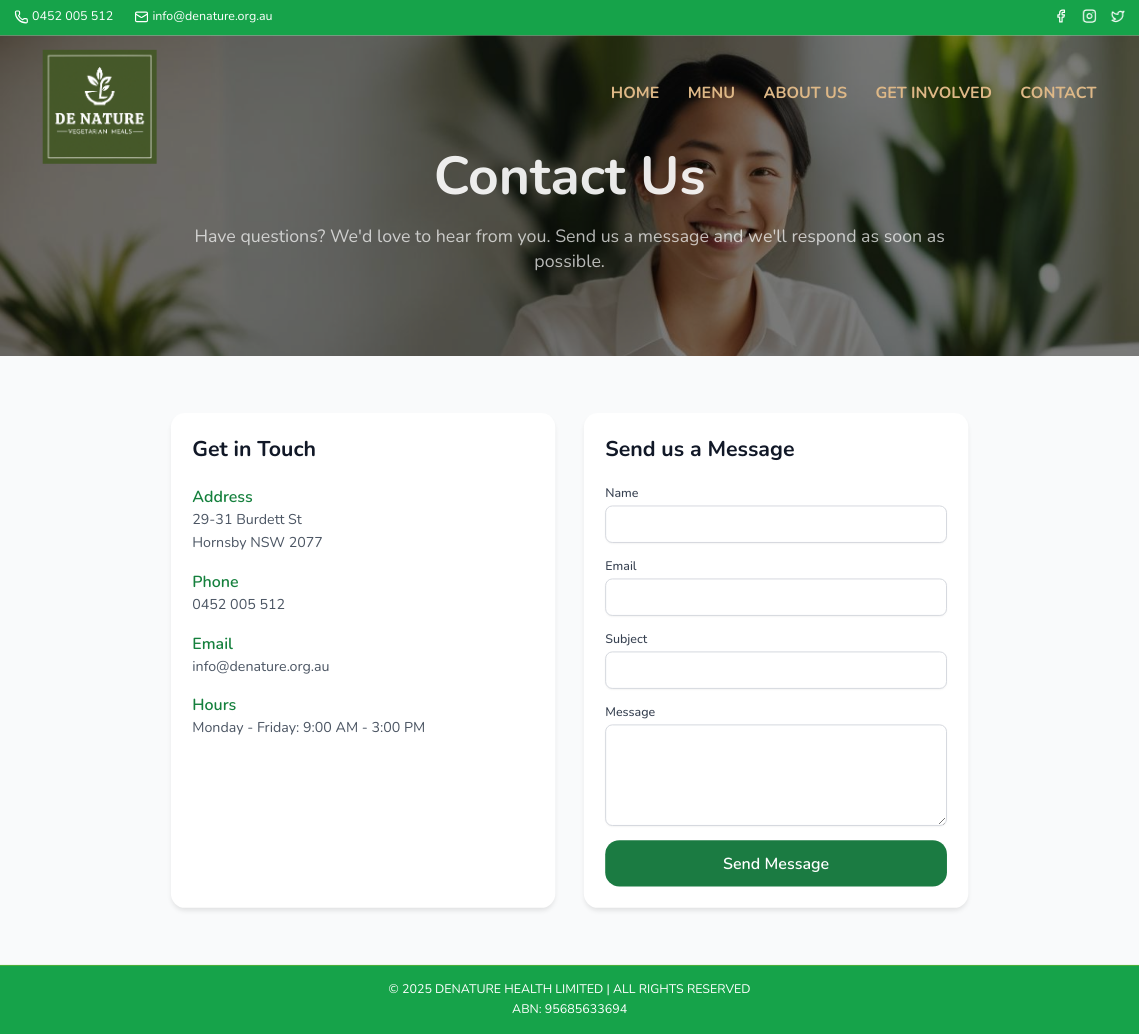
Repository: sunnyyan01/denature-website
Page: /contact
The author's editor kept a copy of each file at every save. The page is drawn from the files as they stood at one save, then again after the next save.
The browser window is 1280 px wide. The pictures show the whole page, at 89% of full size.
The project was rebuilt for these pictures with package versions that can differ from the ones it lists, and the page was loaded fresh each time. The framework's server and built-in components were replaced by stand-ins that run in the browser. Also part of the build but not shown: next.config.js.

Above is the page before, as saved 2025-05-14 11:37:10.

### src/components/Navbar.tsx
'use client';

import Link from 'next/link';
import { useState, useEffect } from 'react';
import { ChevronDown } from 'lucide-react';
import Image from 'next/image';
import { usePathname } from 'next/navigation';

export default function Navbar() {
  const [isMobileMenuOpen, setIsMobileMenuOpen] = useState(false);
  const [isGetInvolvedOpen, setIsGetInvolvedOpen] = useState(false);
  const [isAboutOpen, setIsAboutOpen] = useState(false);
  const pathname = usePathname();

  const navigation = [
    { name: 'HOME', href: '/' },
    { name: 'MENU', href: '/menu' },
    { name: 'ABOUT US', href: '/about' },
    { name: 'GET INVOLVED', href: '/get-involved' },
    { name: 'CONTACT', href: '/contact' },
  ];

  const aboutLinks = [
    { name: 'Our Story', href: '/about/our-story' },
    { name: 'Our Mission', href: '/about/our-mission' },
    { name: 'Messages from Founder', href: '/about/messages-from-founder' },
  ];

  const getInvolvedLinks = [
    { name: 'Volunteer', href: '/get-involved/volunteer' },
    { name: 'Donate Funds', href: '/get-involved/donate-funds' },
    { name: 'Donate Food', href: '/get-involved/donate-food' },
    { name: 'Become a Sponsor', href: '/get-involved/become-sponsor' },
    { name: 'Partner With Us', href: '/get-involved/partner-with-us' },
  ];

  return (
    <>
      {/* Social Info Bar */}
      <div className="bg-green-600 text-white py-2">
        <div className="container mx-auto px-4 flex justify-between items-center">
          <div className="flex space-x-4">
            <a href="tel:0452005512" className="hover:text-green-200">
              <i className="fas fa-phone mr-2"></i>0452 005 512
            </a>
            <a href="mailto:info@denature.com" className="hover:text-green-200">
              <i className="fas fa-envelope mr-2"></i>info@denature.com
            </a>
          </div>
          <div className="flex space-x-4">
            <a href="#" className="hover:text-green-200">
              <i className="fab fa-facebook-f"></i>
            </a>
            <a href="#" className="hover:text-green-200">
              <i className="fab fa-twitter"></i>
            </a>
            <a href="#" className="hover:text-green-200">
              <i className="fab fa-instagram"></i>
            </a>
            <a href="#" className="hover:text-green-200">
              <i className="fab fa-linkedin-in"></i>
            </a>
          </div>
        </div>
      </div>

      {/* Main Navigation */}
      <nav className="absolute w-full z-40 transition-all duration-300 bg-transparent">
        <div className="container mx-auto px-12">
          <div className="flex items-center justify-between h-32">
            <Link href="/" className="flex items-center mt-8">
              <img
                src="/images/logo/logo-clear.png"
                alt="DE NATURE Logo"
                className="h-32 w-auto"
              />
            </Link>

            {/* Desktop Navigation */}
            <div className="hidden md:flex items-center space-x-8">
              {navigation.map((item) => (
                <div key={item.name} className="relative group">
                  {item.name === 'ABOUT US' || item.name === 'GET INVOLVED' ? (
                    <button
                      className={`text-[#DEB887] hover:text-[#D2B48C] transition-colors text-lg font-bold ${
                        pathname === item.href ? 'text-[#D2B48C]' : ''
                      }`}
                      onMouseEnter={() => item.name === 'ABOUT US' ? setIsAboutOpen(true) : setIsGetInvolvedOpen(true)}
                      onMouseLeave={() => item.name === 'ABOUT US' ? setIsAboutOpen(false) : setIsGetInvolvedOpen(false)}
                    >
                      {item.name}
                      <span className="absolute -top-2 left-0 w-full h-0.5 bg-current transform scale-x-0 transition-transform duration-300 group-hover:scale-x-100"></span>
                    </button>
                  ) : (
                    <Link
                      href={item.href}
                      className={`text-[#DEB887] hover:text-[#D2B48C] transition-colors text-lg font-bold ${
                        pathname === item.href ? 'text-[#D2B48C]' : ''
                      }`}
                    >
                      {item.name}
                      <span className="absolute -top-2 left-0 w-full h-0.5 bg-current transform scale-x-0 transition-transform duration-300 group-hover:scale-x-100"></span>
                    </Link>
                  )}
                  {item.name === 'ABOUT US' && (
                    <div
                      className={`absolute top-full left-0 w-48 bg-white/80 backdrop-blur-sm shadow-lg rounded-lg py-2 transition-all duration-200 ${
                        isAboutOpen ? 'opacity-100 visible' : 'opacity-0 invisible'
                      }`}
                      onMouseEnter={() => setIsAboutOpen(true)}
                      onMouseLeave={() => setIsAboutOpen(false)}
                    >
                      {aboutLinks.map((link) => (
                        <Link
                          key={link.name}
                          href={link.href}
                          className="block px-4 py-2 text-gray-700 hover:bg-green-50 hover:text-green-700 transition-colors"
                        >
                          {link.name}
                        </Link>
                      ))}
                    </div>
                  )}
                  {item.name === 'GET INVOLVED' && (
                    <div
                      className={`absolute top-full left-0 w-48 bg-white/80 backdrop-blur-sm shadow-lg rounded-lg py-2 transition-all duration-200 ${
                        isGetInvolvedOpen ? 'opacity-100 visible' : 'opacity-0 invisible'
                      }`}
                      onMouseEnter={() => setIsGetInvolvedOpen(true)}
                      onMouseLeave={() => setIsGetInvolvedOpen(false)}
                    >
                      {getInvolvedLinks.map((link) => (
                        <Link
                          key={link.name}
                          href={link.href}
                          className="block px-4 py-2 text-gray-700 hover:bg-green-50 hover:text-green-700 transition-colors"
                        >
                          {link.name}
                        </Link>
                      ))}
                    </div>
                  )}
                </div>
              ))}
            </div>

            {/* Mobile Menu Button */}
            <button
              className="md:hidden text-[#DEB887]"
              onClick={() => setIsMobileMenuOpen(!isMobileMenuOpen)}
            >
              <svg className="w-6 h-6" fill="none" stroke="currentColor" viewBox="0 0 24 24">
                {isMobileMenuOpen ? (
                  <path strokeLinecap="round" strokeLinejoin="round" strokeWidth={2} d="M6 18L18 6M6 6l12 12" />
                ) : (
                  <path strokeLinecap="round" strokeLinejoin="round" strokeWidth={2} d="M4 6h16M4 12h16M4 18h16" />
                )}
              </svg>
            </button>
          </div>
        </div>

        {/* Mobile Menu */}
        <div className={`md:hidden transition-all duration-300 ${isMobileMenuOpen ? 'max-h-screen opacity-100' : 'max-h-0 opacity-0 overflow-hidden'}`}>
          <div className="py-4 space-y-4 bg-white/80 backdrop-blur-sm">
            {navigation.map((item) => (
              <div key={item.name}>
                {item.name === 'ABOUT US' ? (
                  <div>
                    <button
                      onClick={() => setIsAboutOpen(!isAboutOpen)}
                      className="text-gray-700 hover:text-green-700 transition-colors flex items-center justify-between w-full px-4"
                    >
                      {item.name}
                      <ChevronDown className={`w-4 h-4 transition-transform ${isAboutOpen ? 'rotate-180' : ''}`} />
                    </button>
                    {isAboutOpen && (
                      <div className="pl-4 space-y-2 mt-2">
                        {aboutLinks.map((link) => (
                          <Link
                            key={link.name}
                            href={link.href}
                            className="block text-gray-700 hover:text-green-700 transition-colors px-4"
                            onClick={() => setIsMobileMenuOpen(false)}
                          >
                            {link.name}
                          </Link>
                        ))}
                      </div>
                    )}
                  </div>
                ) : item.name === 'GET INVOLVED' ? (
                  <div>
                    <button
                      onClick={() => setIsGetInvolvedOpen(!isGetInvolvedOpen)}
                      className="text-gray-700 hover:text-green-700 transition-colors flex items-center justify-between w-full px-4"
                    >
                      {item.name}
                      <ChevronDown className={`w-4 h-4 transition-transform ${isGetInvolvedOpen ? 'rotate-180' : ''}`} />
                    </button>
                    {isGetInvolvedOpen && (
                      <div className="pl-4 space-y-2 mt-2">
                        {getInvolvedLinks.map((link) => (
                          <Link
                            key={link.name}
                            href={link.href}
                            className="block text-gray-700 hover:text-green-700 transition-colors px-4"
                            onClick={() => setIsMobileMenuOpen(false)}
                          >
                            {link.name}
                          </Link>
                        ))}
                      </div>
                    )}
                  </div>
                ) : (
                  <Link
                    href={item.href}
                    className="block text-gray-700 hover:text-green-700 transition-colors px-4"
                    onClick={() => setIsMobileMenuOpen(false)}
                  >
                    {item.name}
                  </Link>
                )}
              </div>
            ))}
          </div>
        </div>
      </nav>
    </>
  );
}

Loaded but not shown: tailwind.config.js (104 lines, source omitted); src/app/contact/page.tsx (196 lines, source omitted); src/app/globals.css (260 lines, source omitted); src/components/Footer.tsx (18 lines, source omitted); src/app/layout.tsx (95 lines, source omitted)

After the next save:
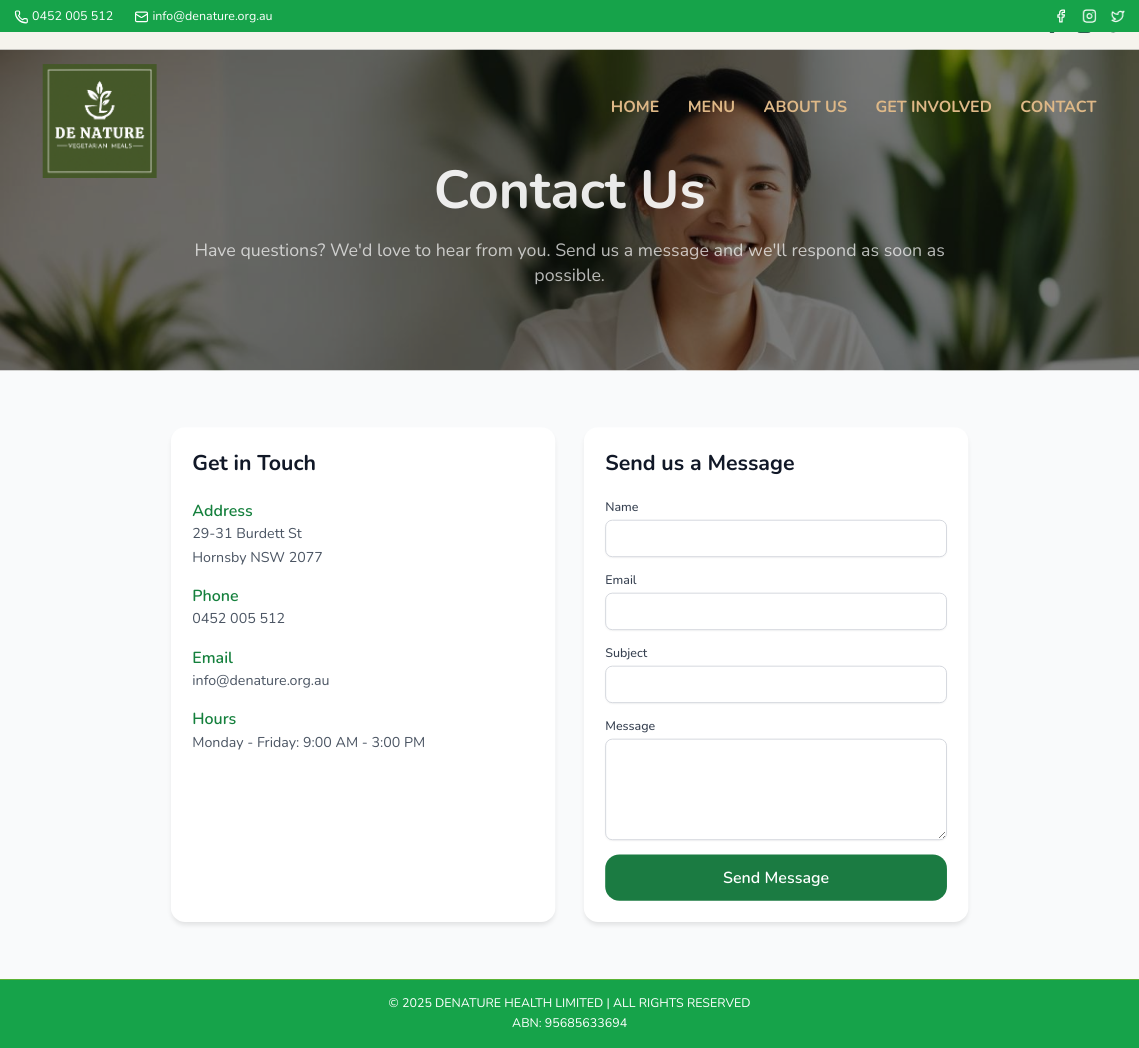
Saved 9 h 19 min later.
--- a/src/components/Navbar.tsx
+++ b/src/components/Navbar.tsx
@@ -5,6 +5,7 @@
 import { ChevronDown } from 'lucide-react';
 import Image from 'next/image';
 import { usePathname } from 'next/navigation';
+import { FiFacebook, FiInstagram, FiTwitter } from 'react-icons/fi';
 
 export default function Navbar() {
   const [isMobileMenuOpen, setIsMobileMenuOpen] = useState(false);
@@ -36,29 +37,33 @@
 
   return (
     <>
-      {/* Social Info Bar */}
-      <div className="bg-green-600 text-white py-2">
-        <div className="container mx-auto px-4 flex justify-between items-center">
-          <div className="flex space-x-4">
-            <a href="tel:0452005512" className="hover:text-green-200">
-              <i className="fas fa-phone mr-2"></i>0452 005 512
+      {/* 顶部社交信息栏 */}
+      <div
+        className="w-full"
+        style={{
+          background: 'rgba(245, 243, 237, 0.95)',
+          height: '56px',
+          borderBottom: '1px solid #E0E0E0',
+          fontFamily: "'Inter', 'Lato', sans-serif",
+        }}
+      >
+        <div className="container flex items-center justify-between h-full px-4">
+          {/* 联系方式 */}
+          <div className="flex items-center space-x-6 text-[#2E5E4E] text-sm">
+            <a href="tel:0452005512" className="hover:underline">0452 005 512</a>
+            <span className="hidden sm:inline">|</span>
+            <a href="mailto:info@denature.org.au" className="hover:underline">info@denature.org.au</a>
+          </div>
+          {/* 社交图标 */}
+          <div className="flex items-center space-x-4">
+            <a href="#" className="text-[#2E5E4E] hover:text-[#4A7C59]">
+              <FiFacebook className="w-5 h-5" />
             </a>
-            <a href="mailto:info@denature.com" className="hover:text-green-200">
-              <i className="fas fa-envelope mr-2"></i>info@denature.com
+            <a href="#" className="text-[#2E5E4E] hover:text-[#4A7C59]">
+              <FiInstagram className="w-5 h-5" />
             </a>
-          </div>
-          <div className="flex space-x-4">
-            <a href="#" className="hover:text-green-200">
-              <i className="fab fa-facebook-f"></i>
-            </a>
-            <a href="#" className="hover:text-green-200">
-              <i className="fab fa-twitter"></i>
-            </a>
-            <a href="#" className="hover:text-green-200">
-              <i className="fab fa-instagram"></i>
-            </a>
-            <a href="#" className="hover:text-green-200">
-              <i className="fab fa-linkedin-in"></i>
+            <a href="#" className="text-[#2E5E4E] hover:text-[#4A7C59]">
+              <FiTwitter className="w-5 h-5" />
             </a>
           </div>
         </div>

After the save that followed:
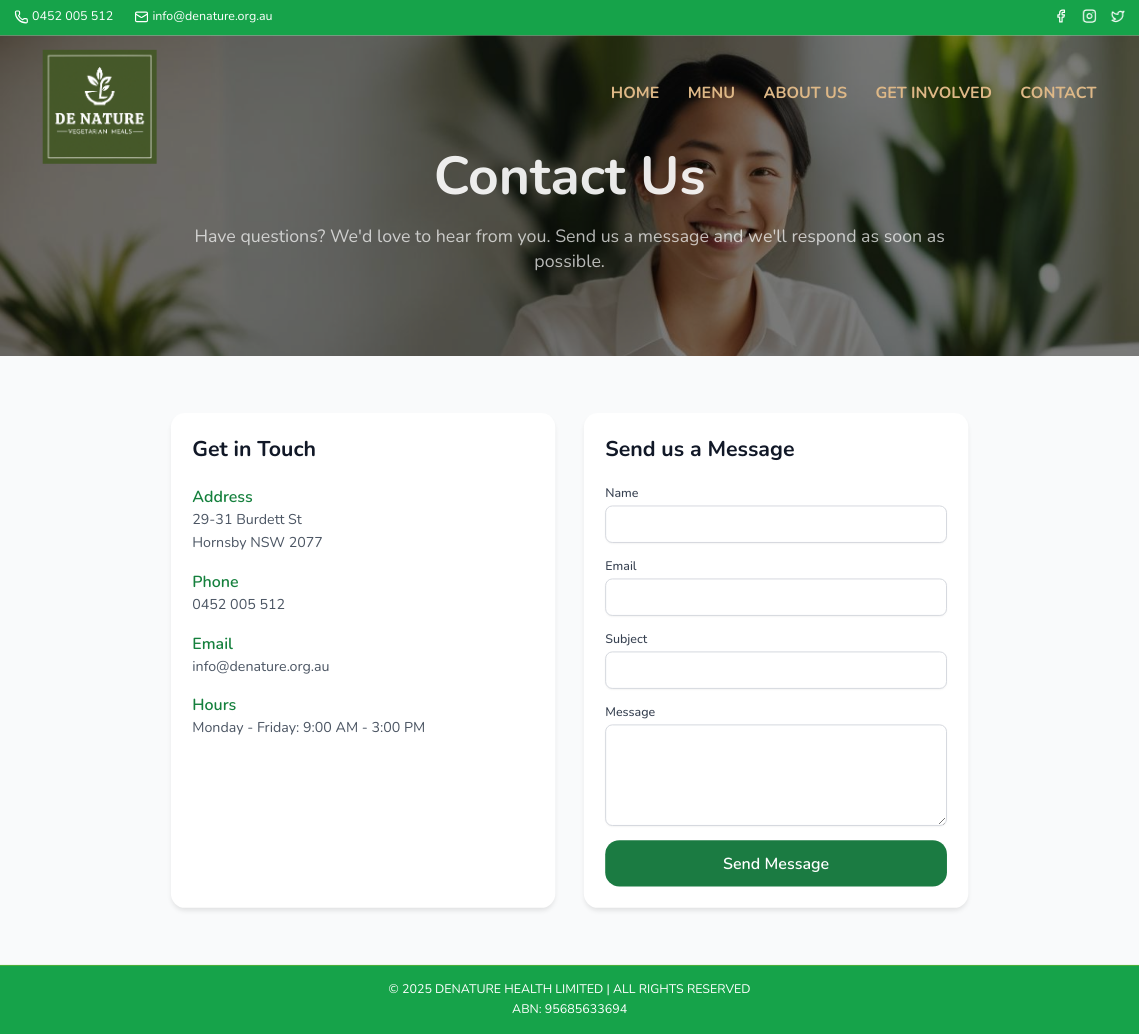
Saved 32 s later.
--- a/src/components/Navbar.tsx
+++ b/src/components/Navbar.tsx
@@ -5,7 +5,6 @@
 import { ChevronDown } from 'lucide-react';
 import Image from 'next/image';
 import { usePathname } from 'next/navigation';
-import { FiFacebook, FiInstagram, FiTwitter } from 'react-icons/fi';
 
 export default function Navbar() {
   const [isMobileMenuOpen, setIsMobileMenuOpen] = useState(false);
@@ -37,33 +36,29 @@
 
   return (
     <>
-      {/* 顶部社交信息栏 */}
-      <div
-        className="w-full"
-        style={{
-          background: 'rgba(245, 243, 237, 0.95)',
-          height: '56px',
-          borderBottom: '1px solid #E0E0E0',
-          fontFamily: "'Inter', 'Lato', sans-serif",
-        }}
-      >
-        <div className="container flex items-center justify-between h-full px-4">
-          {/* 联系方式 */}
-          <div className="flex items-center space-x-6 text-[#2E5E4E] text-sm">
-            <a href="tel:0452005512" className="hover:underline">0452 005 512</a>
-            <span className="hidden sm:inline">|</span>
-            <a href="mailto:info@denature.org.au" className="hover:underline">info@denature.org.au</a>
-          </div>
-          {/* 社交图标 */}
-          <div className="flex items-center space-x-4">
-            <a href="#" className="text-[#2E5E4E] hover:text-[#4A7C59]">
-              <FiFacebook className="w-5 h-5" />
-            </a>
-            <a href="#" className="text-[#2E5E4E] hover:text-[#4A7C59]">
-              <FiInstagram className="w-5 h-5" />
-            </a>
-            <a href="#" className="text-[#2E5E4E] hover:text-[#4A7C59]">
-              <FiTwitter className="w-5 h-5" />
+      {/* Social Info Bar */}
+      <div className="bg-green-600 text-white py-2">
+        <div className="container mx-auto px-4 flex justify-between items-center">
+          <div className="flex space-x-4">
+            <a href="tel:0452005512" className="hover:text-green-200">
+              <i className="fas fa-phone mr-2"></i>0452 005 512
+            </a>
+            <a href="mailto:info@denature.com" className="hover:text-green-200">
+              <i className="fas fa-envelope mr-2"></i>info@denature.com
+            </a>
+          </div>
+          <div className="flex space-x-4">
+            <a href="#" className="hover:text-green-200">
+              <i className="fab fa-facebook-f"></i>
+            </a>
+            <a href="#" className="hover:text-green-200">
+              <i className="fab fa-twitter"></i>
+            </a>
+            <a href="#" className="hover:text-green-200">
+              <i className="fab fa-instagram"></i>
+            </a>
+            <a href="#" className="hover:text-green-200">
+              <i className="fab fa-linkedin-in"></i>
             </a>
           </div>
         </div>
